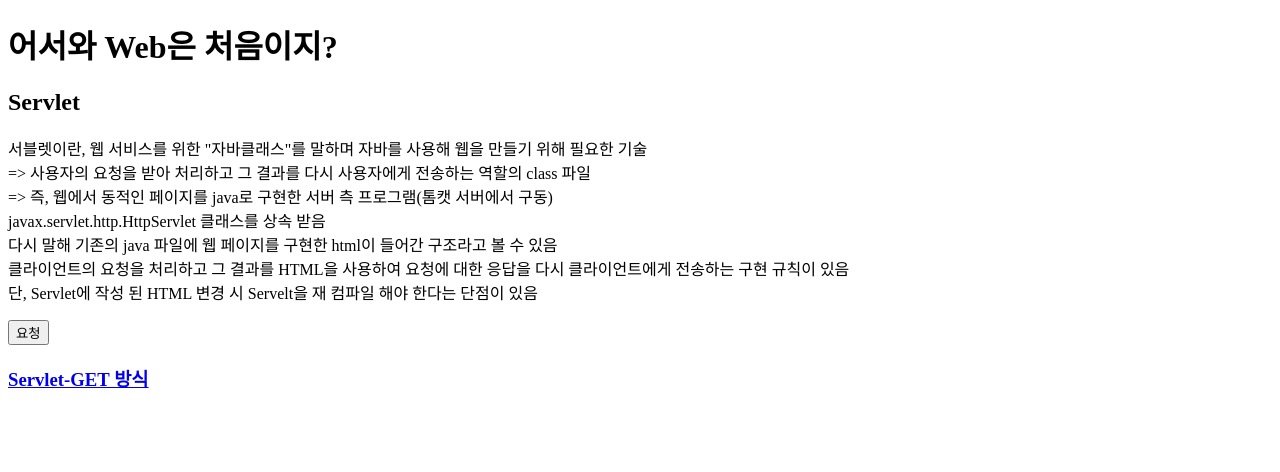
Repository: chuhj1226/servlet
Page: workspace/1_Servlet/WebContent/index.html
These files come from the project's save history. The page is drawn as it stood at one moment and after the next save; the edit follows.
The browser window is 1280 px wide. The pictures show the whole page.

Above is the page before, as saved 2021-10-04 10:54:30.

After the next save:
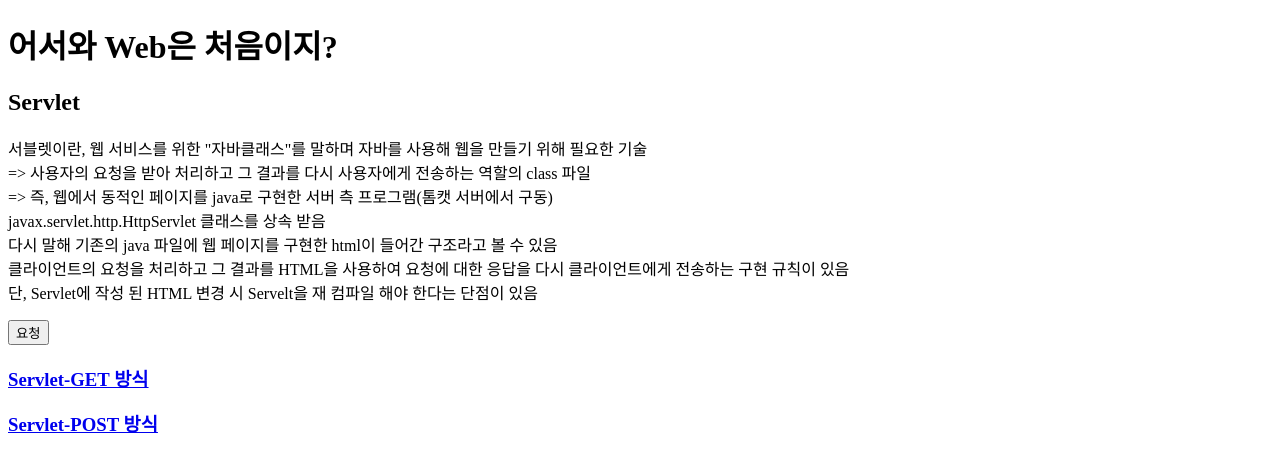
Saved 12 min 7 s later.
--- a/workspace/1_Servlet/WebContent/index.html
+++ b/workspace/1_Servlet/WebContent/index.html
@@ -45,6 +45,7 @@
 	</form>
 
 	<h3><a href="views/testServlet1.html">Servlet-GET 방식</a></h3>
+	<h3><a href="views/testServlet2.html">Servlet-POST 방식</a></h3>
 
 </body>
 
